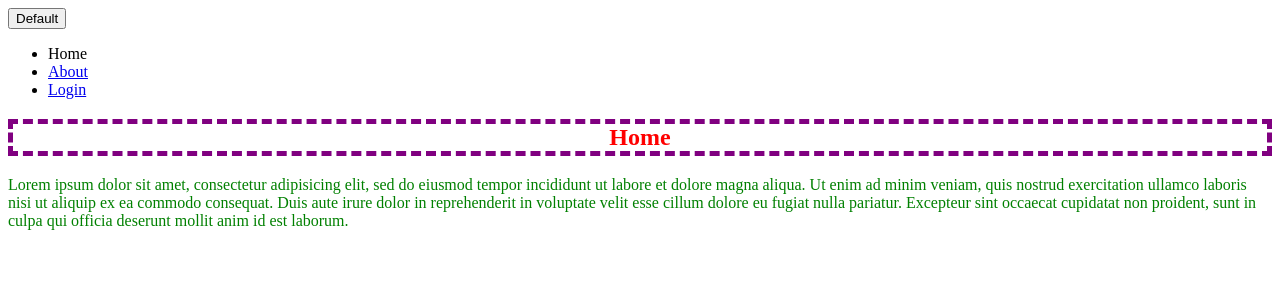
Repository: rileymeye1/ZTM
Page: project_files/index.html
An editor plug-in stored every save of this project. The page is shown before and after the next save, followed by the edit.
The browser window is 1280 px wide. The pictures show the whole page.

Above is the page before, as saved 2024-08-19 16:29:05.

### project_files/index.html

<!DOCTYPE html>
<html>
<head>
  <title>My first website!</title>
  <link rel="stylesheet" type="text/css" href="style.css">
</head>
<body>
  <button class="btn btn-primary">Default</button>
  <header>
    <nav>
      <ul>
        <li>Home</li>
        <li><a href="about.html">About</a></li>
        <li><a href="login.html">Login</a></li>
      </ul>
    </nav>
  </header>
  <section>
    <h2>Home</h2>
    <p>Lorem ipsum dolor sit amet, consectetur adipisicing elit, sed do eiusmod
    tempor incididunt ut labore et dolore magna aliqua. Ut enim ad minim veniam,
    quis nostrud exercitation ullamco laboris nisi ut aliquip ex ea commodo
    consequat. Duis aute irure dolor in reprehenderit in voluptate velit esse
    cillum dolore eu fugiat nulla pariatur. Excepteur sint occaecat cupidatat non
    proident, sunt in culpa qui officia deserunt mollit anim id est laborum.</p>
  </section>
</body>
</html>

### project_files/style.css
/* Selector {
  Property: value;
} */

h2 {
  color: red;
  text-align: center;
  border: 5px dashed purple;
}

p {
  color: pink;
}

p {
  color: green;
}

After the next save:
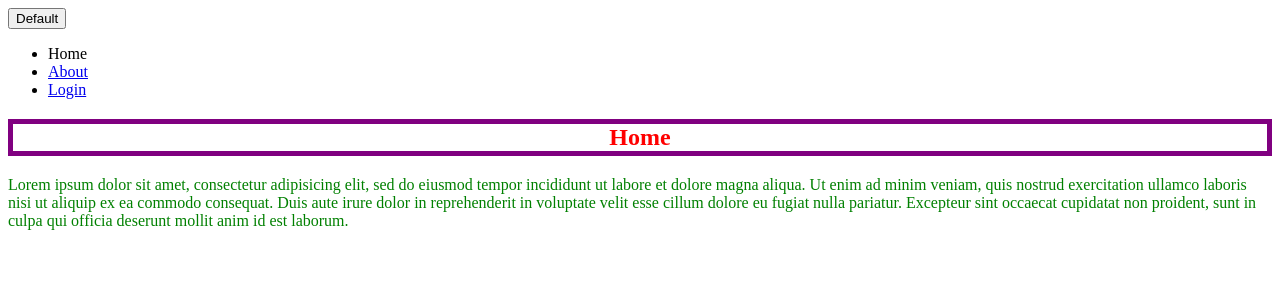
Saved 8 s later.
--- a/project_files/style.css
+++ b/project_files/style.css
@@ -5,7 +5,7 @@
 h2 {
   color: red;
   text-align: center;
-  border: 5px dashed purple;
+  border: 5px solid purple;
 }
 
 p {
